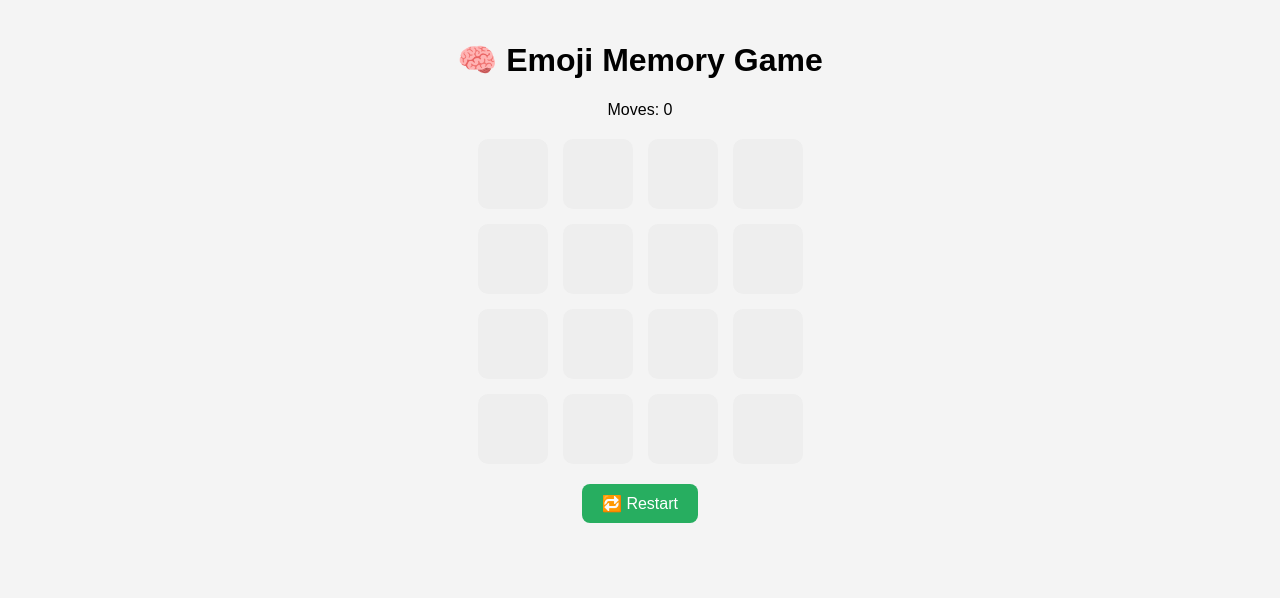
Repository: alokanand524/anand-portfolio
Page: games/emoji-memory/index.html
These files come from the project's save history. The page is drawn as it stood at one moment and after the next save; the edit follows.
The browser window is 1280 px wide. The pictures show the whole page.

Above is the page before, as saved 2025-07-31 15:11:53.

After the next save:
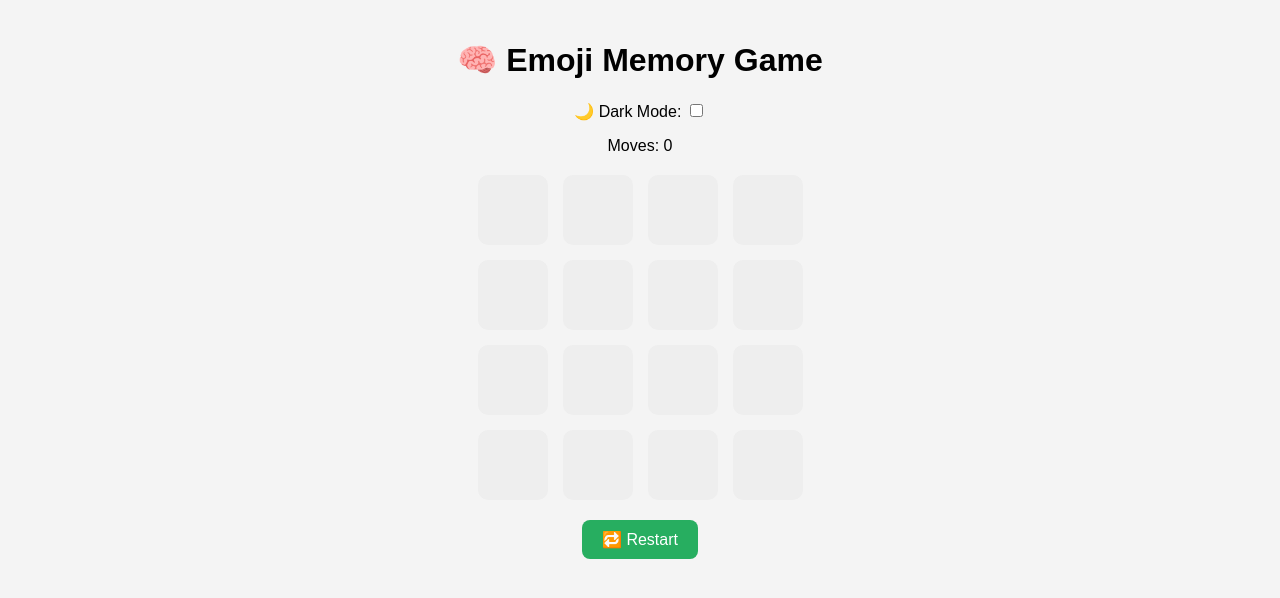
Saved 96 s later.
--- a/games/emoji-memory/index.html
+++ b/games/emoji-memory/index.html
@@ -1,19 +1,26 @@
 <!DOCTYPE html>
 <html lang="en">
+
 <head>
-  <meta charset="UTF-8">
-  <meta name="viewport" content="width=device-width, initial-scale=1">
-  <title>Emoji Memory Game</title>
-  <link rel="stylesheet" href="style.css">
-  <script src="https://code.jquery.com/jquery-3.6.0.min.js"></script>
+    <meta charset="UTF-8">
+    <meta name="viewport" content="width=device-width, initial-scale=1">
+    <title>Emoji Memory Game</title>
+    <link rel="stylesheet" href="style.css">
+    <script src="https://code.jquery.com/jquery-3.6.0.min.js"></script>
 </head>
+
 <body>
-  <div class="game-container">
-    <h1>🧠 Emoji Memory Game</h1>
-    <p>Moves: <span id="move-counter">0</span></p>
-    <div id="game-board"></div>
-    <button id="restart-btn">🔁 Restart</button>
-  </div>
-  <script src="script.js"></script>
+    <div class="game-container">
+        <h1>🧠 Emoji Memory Game</h1>
+        <label class="dark-toggle">
+            🌙 Dark Mode:
+            <input type="checkbox" id="dark-mode-toggle" />
+        </label>
+        <p>Moves: <span id="move-counter">0</span></p>
+        <div id="game-board"></div>
+        <button id="restart-btn">🔁 Restart</button>
+    </div>
+    <script src="script.js"></script>
 </body>
+
 </html>
